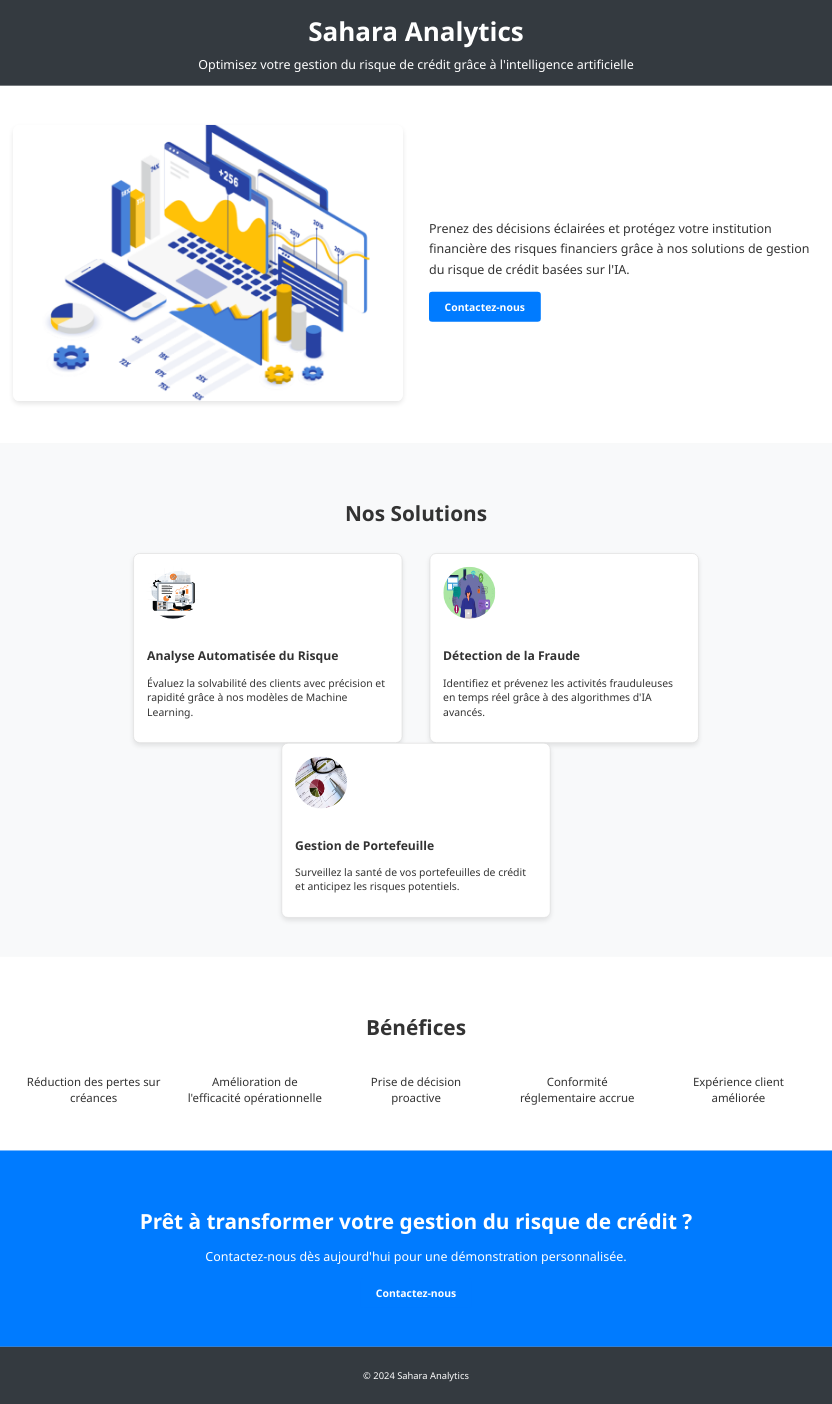
Repository: saharaAI/website
Page: landing_page/index.html
The author's editor kept a copy of each file at every save. The page is drawn from the files as they stood at one save, then again after the next save.
The browser window is 1280 px wide. The pictures show the whole page, at 65% of full size.

Above is the page before, as saved 2024-06-29 14:21:20.

### landing_page/index.html
<!DOCTYPE html>
<html lang="fr">
<head>
    <meta charset="UTF-8">
    <meta name="viewport" content="width=device-width, initial-scale=1.0">
    <title>Sahara Analytics - Solutions de Gestion du Risque de Crédit</title>
    <link rel="stylesheet" href="https://cdnjs.cloudflare.com/ajax/libs/font-awesome/6.0.0-beta3/css/all.min.css">
    <style>
        /* GENERAL */
        body {
            font-family: 'Segoe UI', Tahoma, Geneva, Verdana, sans-serif;
            margin: 0;
            padding: 0;
            color: #333;
            background-color: #f5f5f5;
        }
        a {
            text-decoration: none;
            color: #007bff; /* Blue */
        }
        a:hover {
            text-decoration: underline;
        }
        .btn {
            display: inline-block;
            padding: 12px 24px;
            background-color: #007bff; /* Blue */
            color: #fff;
            border-radius: 5px;
            transition: background-color 0.3s;
            font-weight: bold;
        }
        .btn:hover {
            background-color: #0056b3; /* Darker blue */
        }
        /* HEADER */
        header {
            background-color: #343a40;
            color: #fff;
            padding: 20px 0;
            text-align: center;
            box-shadow: 0 2px 4px rgba(0,0,0,0.1);
        }
        header h1 {
            margin: 0;
            font-size: 2.5em;
        }
        header h2 {
            margin: 10px 0 0;
            font-size: 1.2em;
            font-weight: 300;
        }
        /* HERO SECTION */
        .hero {
            display: flex;
            justify-content: center;
            align-items: center;
            padding: 60px 20px;
            background-color: #ffffff;
        }
        .hero-image {
            flex: 1;
            margin-right: 40px;
        }
        .hero-image img {
            width: 100%;
            border-radius: 10px;
            box-shadow: 0 4px 8px rgba(0,0,0,0.1);
        }
        .hero-text {
            flex: 1;
        }
        .hero-text p {
            font-size: 1.2em;
            line-height: 1.6;
            margin-bottom: 20px;
        }
        /* SERVICES SECTION */
        .services {
            text-align: center;
            padding: 60px 20px;
            background-color: #f8f9fa; /* Light grey */
        }
        .services h2 {
            margin-bottom: 40px;
            font-size: 2em;
        }
        .services .service {
            display: inline-block;
            width: 30%;
            margin: 0 1.5%;
            padding: 20px;
            background-color: #fff;
            border: 1px solid #ddd;
            border-radius: 10px;
            text-align: left;
            vertical-align: top;
            box-shadow: 0 4px 8px rgba(0,0,0,0.1);
        }
        .services .service img {
            width: 80px;
            height: 80px;
            margin-bottom: 20px;
            border-radius: 50%;
        }
        /* BENEFITS SECTION */
        .benefits {
            text-align: center;
            padding: 60px 20px;
            background-color: #ffffff;
        }
        .benefits h2 {
            margin-bottom: 40px;
            font-size: 2em;
        }
        .benefits ul {
            list-style: none;
            padding: 0;
            margin: 0;
            display: flex;
            flex-wrap: wrap;
            justify-content: center;
        }
        .benefits li {
            margin: 10px 20px;
            font-size: 1.1em;
            flex: 1 1 calc(20% - 40px);
            max-width: calc(20% - 40px);
        }
        /* CALL TO ACTION */
        .cta {
            text-align: center;
            padding: 60px 20px;
            background-color: #007bff;
            color: #fff;
        }
        .cta h2 {
            margin-bottom: 20px;
            font-size: 2em;
        }
        .cta p {
            font-size: 1.2em;
            margin-bottom: 20px;
        }
        /* FOOTER */
        footer {
            background-color: #343a40;
            color: #fff;
            text-align: center;
            padding: 20px 0;
            font-size: 0.9em;
        }
    </style>
</head>
<body>

    <header>
        <h1>Sahara Analytics</h1>
        <h2>Optimisez votre gestion du risque de crédit grâce à l'intelligence artificielle</h2>
    </header>

    <section class="hero">
        <div class="hero-image">
            <img src="images/hero.png" alt="Analyse de données">
        </div>
        <div class="hero-text">
            <p>Prenez des décisions éclairées et protégez votre institution financière des risques financiers grâce à nos solutions de gestion du risque de crédit basées sur l'IA.</p>
            <a href="#contact" class="btn">Contactez-nous</a>
        </div>
    </section>

    <section class="services">
        <h2>Nos Solutions</h2>
        <div class="service">
            <img src="images/analyse.png" alt="Analyse de données">
            <h3>Analyse Automatisée du Risque</h3>
            <p>Évaluez la solvabilité des clients avec précision et rapidité grâce à nos modèles de Machine Learning.</p>
        </div>
        <div class="service">
            <img src="images/fraud.jpg" alt="Détection de la fraude">
            <h3>Détection de la Fraude</h3>
            <p>Identifiez et prévenez les activités frauduleuses en temps réel grâce à des algorithmes d'IA avancés.</p>
        </div>
        <div class="service">
            <img src="images/portfolio.jpeg" alt="Gestion de portefeuille">
            <h3>Gestion de Portefeuille</h3>
            <p>Surveillez la santé de vos portefeuilles de crédit et anticipez les risques potentiels.</p>
        </div>
    </section>

    <section class="benefits">
        <h2>Bénéfices</h2>
        <ul>
            <li>Réduction des pertes sur créances</li>
            <li>Amélioration de l'efficacité opérationnelle</li>
            <li>Prise de décision proactive</li>
            <li>Conformité réglementaire accrue</li>
            <li>Expérience client améliorée</li>
        </ul>
    </section>

    <section class="cta" id="contact">
        <h2>Prêt à transformer votre gestion du risque de crédit ?</h2>
        <p>Contactez-nous dès aujourd'hui pour une démonstration personnalisée.</p>
        <a href="#" class="btn">Contactez-nous</a>
    </section>

    <footer>
        <p>© 2024 Sahara Analytics</p>
    </footer>

</body>
</html>

After the next save:
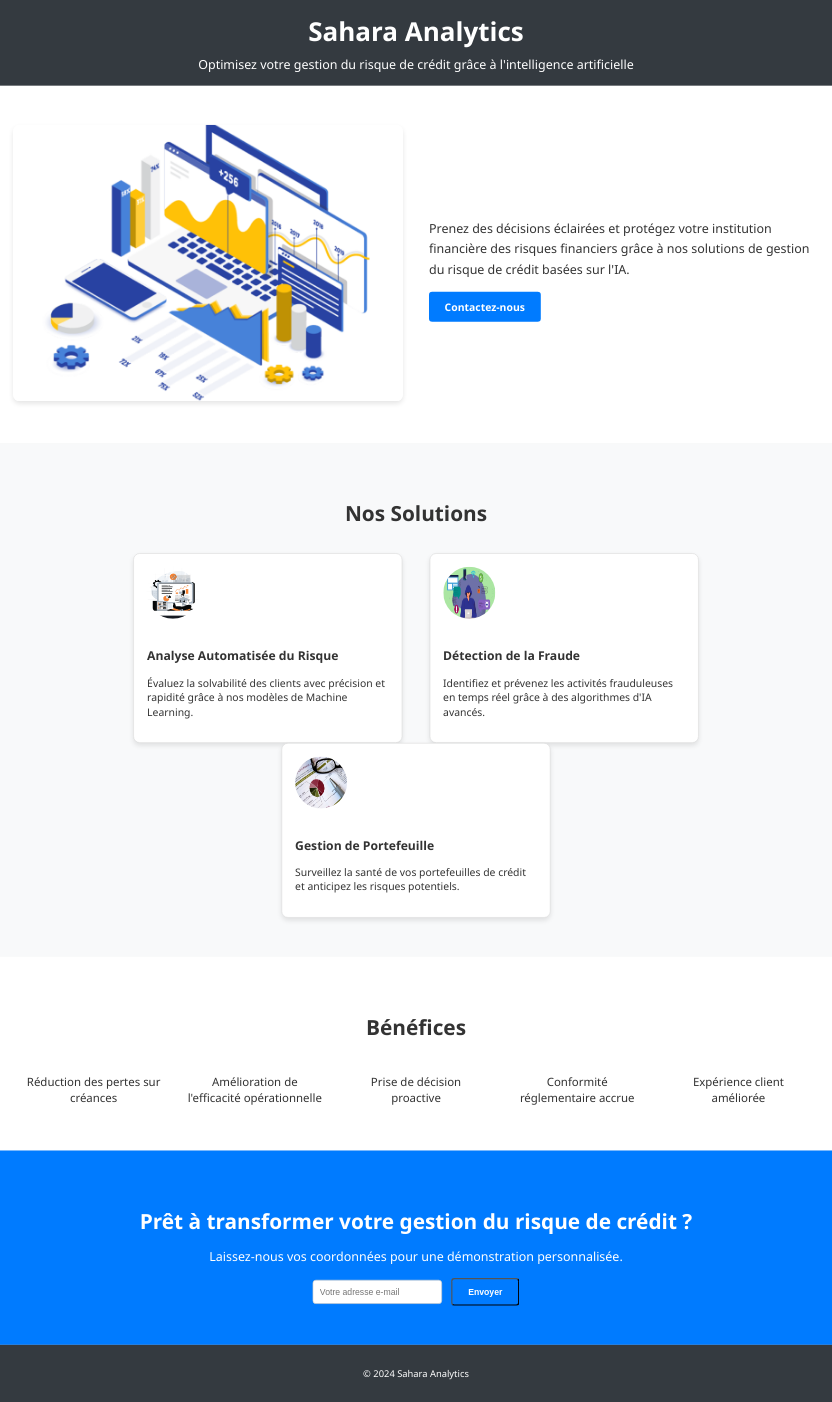
Saved 2 min 20 s later.
--- a/landing_page/index.html
+++ b/landing_page/index.html
@@ -33,6 +33,7 @@
         .btn:hover {
             background-color: #0056b3; /* Darker blue */
         }
+
         /* HEADER */
         header {
             background-color: #343a40;
@@ -50,6 +51,7 @@
             font-size: 1.2em;
             font-weight: 300;
         }
+
         /* HERO SECTION */
         .hero {
             display: flex;
@@ -61,9 +63,11 @@
         .hero-image {
             flex: 1;
             margin-right: 40px;
+            text-align: center; /* Center image */
         }
         .hero-image img {
-            width: 100%;
+            max-width: 100%; /* Responsive image */
+            height: auto;
             border-radius: 10px;
             box-shadow: 0 4px 8px rgba(0,0,0,0.1);
         }
@@ -75,6 +79,7 @@
             line-height: 1.6;
             margin-bottom: 20px;
         }
+
         /* SERVICES SECTION */
         .services {
             text-align: center;
@@ -96,6 +101,10 @@
             text-align: left;
             vertical-align: top;
             box-shadow: 0 4px 8px rgba(0,0,0,0.1);
+            transition: transform 0.3s; /* Add transition for hover effect */
+        }
+        .services .service:hover {
+            transform: translateY(-5px); /* Move up slightly on hover */
         }
         .services .service img {
             width: 80px;
@@ -103,6 +112,7 @@
             margin-bottom: 20px;
             border-radius: 50%;
         }
+
         /* BENEFITS SECTION */
         .benefits {
             text-align: center;
@@ -127,6 +137,7 @@
             flex: 1 1 calc(20% - 40px);
             max-width: calc(20% - 40px);
         }
+
         /* CALL TO ACTION */
         .cta {
             text-align: center;
@@ -142,6 +153,7 @@
             font-size: 1.2em;
             margin-bottom: 20px;
         }
+
         /* FOOTER */
         footer {
             background-color: #343a40;
@@ -149,6 +161,31 @@
             text-align: center;
             padding: 20px 0;
             font-size: 0.9em;
+        }
+
+        /* FORM */
+        .cta form {
+            display: inline-block;
+        }
+        .cta input[type="email"] {
+            padding: 10px;
+            border-radius: 5px;
+            border: 1px solid #ccc;
+            margin-right: 10px;
+        }
+        /* Media Queries for Responsiveness */
+        @media (max-width: 768px) {
+            .hero {
+                flex-direction: column;
+            }
+            .hero-image {
+                margin-right: 0;
+                margin-bottom: 20px;
+            }
+            .services .service {
+                width: 95%; /* Make services take up full width on smaller screens */
+                margin: 2.5% 0;
+            }
         }
     </style>
 </head>
@@ -201,8 +238,11 @@
 
     <section class="cta" id="contact">
         <h2>Prêt à transformer votre gestion du risque de crédit ?</h2>
-        <p>Contactez-nous dès aujourd'hui pour une démonstration personnalisée.</p>
-        <a href="#" class="btn">Contactez-nous</a>
+        <p>Laissez-nous vos coordonnées pour une démonstration personnalisée.</p>
+        <form action="/submit" method="post">
+            <input type="email" name="email" placeholder="Votre adresse e-mail" required>
+            <button type="submit" class="btn">Envoyer</button>
+        </form>
     </section>
 
     <footer>
